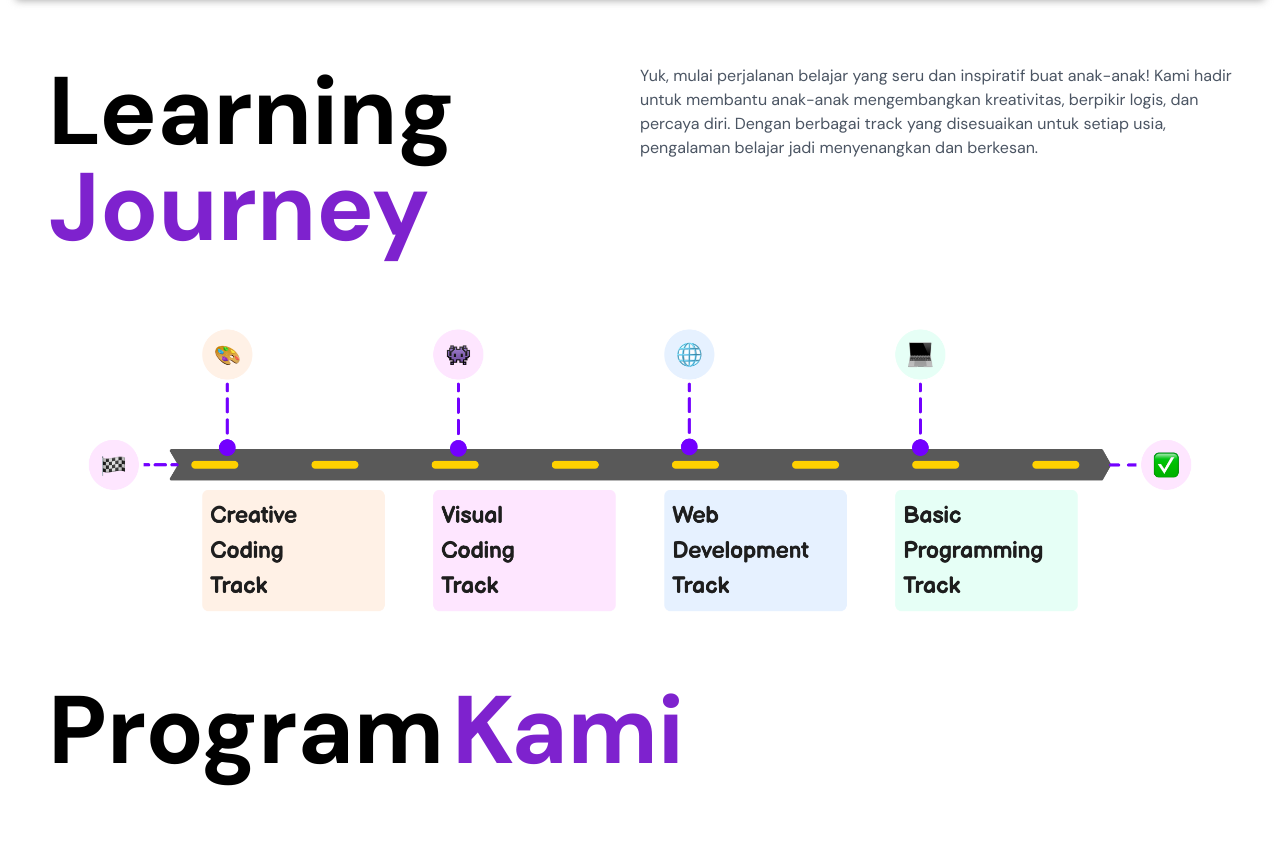
Repository: paskasiregar/ttccomweb
Page: /track/basic-programming
An editor plug-in stored every save of this project. The page is shown before and after the next save, followed by the edit.
The browser window is 1280 px wide. The pictures show the part of the page from y = 1528 to 2371 px (the page is 2371 px tall before and 2239 px after).
The project was rebuilt for these pictures with package versions that can differ from the ones it lists, and the page was loaded fresh each time. The framework's server and built-in components were replaced by stand-ins that run in the browser. Also part of the build but not shown: next.config.js, next.config.mjs.

Above is the page before, as saved 2024-11-16 23:00:56.

### src/app/layout.js
import "./globals.css";
import { DM_Sans } from "next/font/google";

const dmSans = DM_Sans({
  subsets: ["latin"],
  weight: ["400", "500", "700"], // Include only the weights you need
  variable: "--font-dm-sans", // Optional: CSS variable for global use
});

export const metadata = {
  title: "Tiny Tech Club",
  description: "Small techies, big dreams 🚀",
};

export default function RootLayout({ children }) {
  return (
    <html lang="en" className={dmSans.variable}>
      <body className="antialiased">{children}</body>
    </html>
  );
}

### src/app/template.js
import React from "react";

export default function TrackTemplate({ title, description, children }) {
  return (
    <div>
      {/* Hero Section */}
      <div className="relative h-screen w-full">
        <img
          src="https://images.unsplash.com/photo-1494783367193-149034c05e8f"
          alt="Background"
          className="absolute inset-0 w-full h-full object-cover filter blur-sm"
        />
        <div className="absolute inset-0 bg-black bg-opacity-50"></div>
        <div className="absolute inset-0 flex flex-col items-center justify-center">
          <h1 className="text-4xl text-white font-bold">{title}</h1>
          <p className="text-xl text-white mt-4">{description}</p>
        </div>
      </div>

      {/* Content Section */}
      <div className="max-w-7xl mx-auto px-4 py-8">{children}</div>
    </div>
  );
}

### src/app/track/[track]/page.js
"use client";
import { useParams } from "next/navigation";
import TrackTemplate from "../[track]";
import Image from "next/image";
import ljImage from "@/assets/lj.png";

export default function TrackPage() {
  const { track } = useParams();

  const trackDetails = {
    "creative-coding": {
      title: "Creative Coding Track",
      description:
        "Kenalkan coding ke anak-anak dengan aktivitas seru dan edukatif. Cocok banget buat usia 4-5 tahun untuk membangun kemampuan berpikir logis.",
      backgroundImage:
        "https://images.unsplash.com/photo-1544717305-2782549b5136", // Replace with a relevant Creative Coding image
    },
    "visual-coding": {
      title: "Visual Coding Track",
      description:
        "Belajar konsep pemrograman visual pakai ScratchJr. Cocok buat anak usia 6-7 tahun untuk bikin cerita dan proyek seru sambil belajar coding dasar.",
      backgroundImage:
        "https://images.unsplash.com/photo-1573164574393-b9b12c3ff9c6", // Replace with a relevant Visual Coding image
    },
    "web-development": {
      title: "Web Development Track",
      description:
        "Pelajari dasar-dasar pengembangan web pakai HTML, CSS, dan JavaScript. Cocok untuk anak usia 8-12 tahun yang mau bikin proyek mini web seru.",
      backgroundImage:
        "https://images.unsplash.com/photo-1522071820081-009f0129c71c", // Replace with a relevant Web Development image
    },
    "basic-programming": {
      title: "Basic Programming Track",
      description:
        "Belajar konsep pemrograman inti pakai Python dan JavaScript. Dirancang untuk usia 13-16 tahun yang pengen bikin aplikasi nyata dan mengasah kemampuan problem-solving.",
      backgroundImage:
        "https://images.unsplash.com/photo-1517433456452-f9633a875f6f", // Replace with a relevant Basic Programming image
    },
    // Add more tracks as needed
  };

  const trackData = trackDetails[track] || {
    title: "Track Tidak Ditemukan",
    description: "Track yang kamu cari nggak ada nih.",
    backgroundImage:
      "https://images.unsplash.com/photo-1506748686214-e9df14d4d9d0", // Default image for not found
  };

  return (
    <div className="mx-auto">
      {/* Back Button */}
      <div className="my-4 px-4 sm:px-8">
        <button
          className="secondary-button"
          onClick={() => (window.location.href = "/")}
        >
          &lt; Kembali
        </button>
      </div>

      {/* Track Template */}
      <section>
        <TrackTemplate
          title={trackData.title}
          description={trackData.description}
          backgroundImage={trackData.backgroundImage}
        />

        {/* Learning Journey Section */}
        <section className="w-full my-8 px-4 sm:px-8 max-w-container py-20">
          <div>
            <div className="flex flex-col md:flex-row items-center md:items-start md:justify-between">
              {/* Title */}
              <div className="max-w-lg md:w-1/2">
                <h1 className="text-6xl md:text-8xl font-bold mb-8">
                  Learning <span className="text-purple-700">Journey</span>
                </h1>
              </div>

              {/* Description */}
              <div className="mt-6 md:mt-0 md:w-1/2 mb-8">
                <p className="text-gray-600 text-base md:text-md">
                  Yuk, mulai perjalanan belajar yang seru dan inspiratif buat
                  anak-anak! Kami hadir untuk membantu anak-anak mengembangkan
                  kreativitas, berpikir logis, dan percaya diri. Dengan berbagai
                  track yang disesuaikan untuk setiap usia, pengalaman belajar
                  jadi menyenangkan dan berkesan.
                </p>
              </div>
            </div>

            {/* Image */}
            <div className="mt-6 md:mt-0 mb-8">
              <Image
                src={ljImage}
                alt="Perjalanan Belajar"
                width={1440} // Adjust width as needed
                height={1000} // Adjust height as needed
                className="rounded-lg"
              />
            </div>
          </div>
        </section>

        {/* Our Program Section */}
        <section className="w-full my-8 px-4 sm:px-8 max-w-container mb-8">
          <div>
            <div className="flex flex-col md:flex-row items-center md:items-start md:justify-between">
              {/* Title */}
              <div className="max-w-lg md:w-1/2">
                <h1 className="text-6xl md:text-8xl font-bold mb-8 flex flex-row items-center space-x-2">
                  <span>Program</span>
                  <span className="text-purple-700">Kami</span>
                </h1>
              </div>
            </div>
          </div>
        </section>
      </section>
    </div>
  );
}

### src/app/globals.css
@tailwind base;
@tailwind components;
@tailwind utilities;

@import url('https://fonts.googleapis.com/css2?family=DM+Sans:wght@400;500;700&display=swap');

:root {
  --font-dm-sans: "DM Sans", sans-serif;
}

@font-face {
  font-family: 'DM Sans';
  src: url('/fonts/DM-Sans.woff2') format('woff2'),
    url('/fonts/DM-Sans.woff') format('woff');
  font-weight: 400;
  font-style: normal;
}

body {
  font-family: 'DM Sans', sans-serif;
}

.dm-sans-custom {
  font-family: "DM Sans", sans-serif;
  font-optical-sizing: auto;
  font-weight: 400;
  font-style: normal;
}

body {
  font-family: 'DM Sans', Arial, Helvetica, sans-serif;
  margin: 0;
  padding: 0;
  box-sizing: border-box;
}

*,
*::before,
*::after {
  box-sizing: inherit;
}

/* Container class for centering content */
.max-w-container {
  max-width: 1440px;
  margin: 0 auto;
  padding: 0 16px;
  /* Optional padding for spacing on smaller screens */
}

### src/app/track/[track].js
import React from "react";

export default function TrackTemplate({ title, description, children }) {
  return (
    <div>
      {/* Hero Section */}
      <div className="relative h-screen w-full">
        <img
          src="https://images.unsplash.com/photo-1494783367193-149034c05e8f"
          alt="Background"
          className="absolute inset-0 w-full h-full object-cover filter blur-sm"
        />
        <div className="absolute inset-0 bg-black bg-opacity-50"></div>
        <div className="absolute inset-0 flex flex-col items-center justify-center">
          <h1 className="text-6xl text-white font-bold p-8">{title}</h1>
          <p className="text-xl text-white mt-4 p-8">{description}</p>
        </div>
      </div>

      {/* Content Section */}
      <div className="max-w-7xl mx-auto px-4 py-8">{children}</div>
    </div>
  );
}

Loaded but not shown: tailwind.config.js (common file)

After the next save:
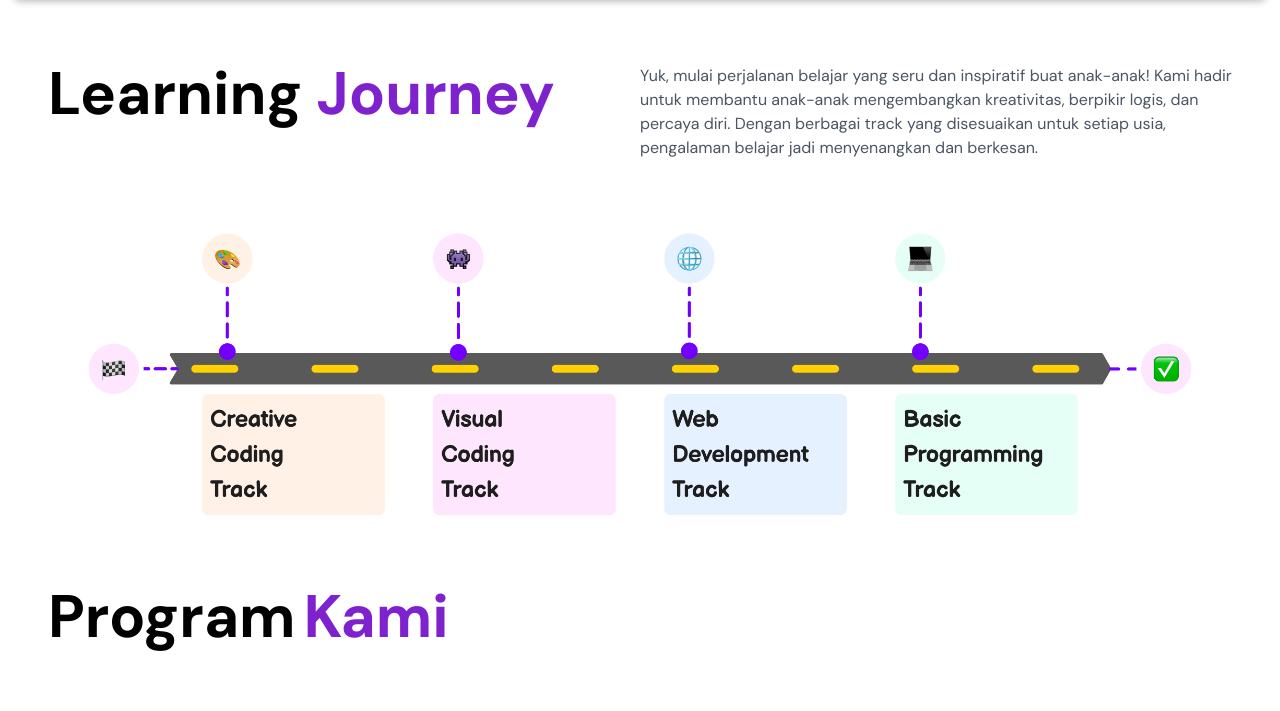
Saved 26 s later.
--- a/src/app/track/[track]/page.js
+++ b/src/app/track/[track]/page.js
@@ -72,7 +72,7 @@ export default function TrackPage() {
             <div className="flex flex-col md:flex-row items-center md:items-start md:justify-between">
               {/* Title */}
               <div className="max-w-lg md:w-1/2">
-                <h1 className="text-6xl md:text-8xl font-bold mb-8">
+                <h1 className="text-6xl md:text-6xl font-bold mb-8">
                   Learning <span className="text-purple-700">Journey</span>
                 </h1>
               </div>
@@ -108,7 +108,7 @@ export default function TrackPage() {
             <div className="flex flex-col md:flex-row items-center md:items-start md:justify-between">
               {/* Title */}
               <div className="max-w-lg md:w-1/2">
-                <h1 className="text-6xl md:text-8xl font-bold mb-8 flex flex-row items-center space-x-2">
+                <h1 className="text-6xl md:text-6xl font-bold mb-8 flex flex-row items-center space-x-2">
                   <span>Program</span>
                   <span className="text-purple-700">Kami</span>
                 </h1>
